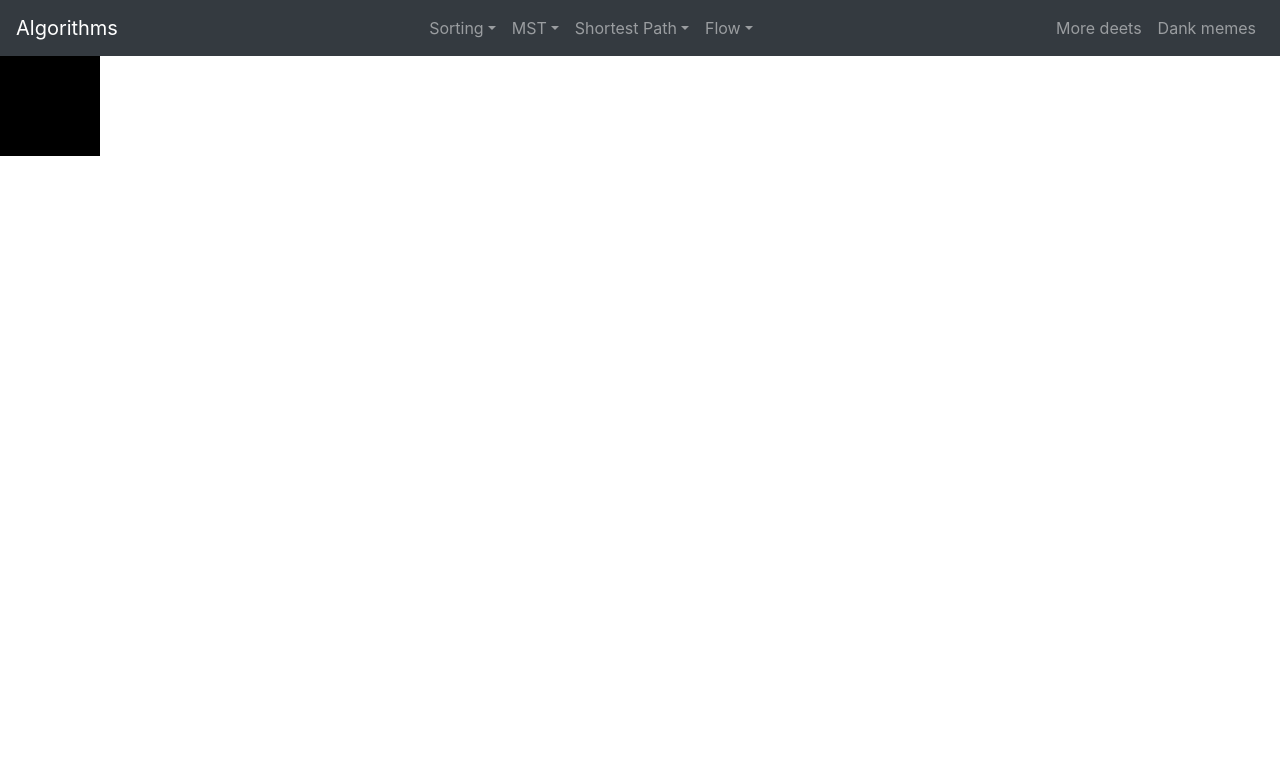
Repository: dkasima1/Algorithm-Visualizations
Page: /
These files come from the project's save history. The page is drawn as it stood at one moment and after the next save; the edit follows.
The browser window is 1280 px wide. The pictures show the whole page.
The project was rebuilt for these pictures with package versions that can differ from the ones it lists, and the page was loaded fresh each time. Also part of the build but not shown: src/components/Sorting/Bubble_Sort.js.

Above is the page before, as saved 2020-06-29 23:17:38.

### src/App.js
import React from 'react';
import { BrowserRouter as Router, Route, Switch } from 'react-router-dom';
import NavigationBar from './components/NavigationBar'
import 'bootstrap/dist/css/bootstrap.min.css';
import Bubble_Sort from "./components/Sorting/Bubble_Sort"
import BarGraph from "./components/Graph/BarGraph"

function App() {
  return (
    <React.Fragment>
      <Router>
        <NavigationBar />
        <BarGraph />
        <Switch>
          <Route path="/Sorting/Bubble_Sort" component={ Bubble_Sort } />
        </Switch>
      </Router>
    </React.Fragment>
  );
}

export default App;

### src/components/NavigationBar.js
import React from 'react';
import { Navbar, Nav, NavDropdown} from 'react-bootstrap';
import { Link } from 'react-router-dom'

function NavigationBar() {
    return (
        <div>
            <Navbar collapseOnSelect expand="lg" bg="dark" variant="dark">
                <Navbar.Brand href="#home">Algorithms</Navbar.Brand>
                <Navbar.Toggle aria-controls="responsive-navbar-nav" />
                <Navbar.Collapse id="responsive-navbar-nav">
                    <Nav className="m-auto">
                    <NavDropdown title="Sorting" id="collasible-nav-dropdown">
                        <NavDropdown.Item as={Link} to="/Sorting/Bubble_Sort">Bubble Sort</NavDropdown.Item>
                        <NavDropdown.Item  as={Link} to="/Sorting/Selection_Sort">Selection Sort</NavDropdown.Item>
                        <NavDropdown.Item  as={Link} to="/Sorting/Insertion_Sort">Insertion Sort</NavDropdown.Item>
                        <NavDropdown.Divider />
                        <NavDropdown.Item  as={Link} to="/Sorting/Merge_Sort">Merge Sort</NavDropdown.Item>
                        <NavDropdown.Item  as={Link} to="/Quick_Sort">Quick Sort</NavDropdown.Item>
                    </NavDropdown>
                    <NavDropdown title="MST" id="collasible-nav-dropdown">
                        <NavDropdown.Item  as={Link} to="/MST/Prims">Prim's Algorithm</NavDropdown.Item>
                        <NavDropdown.Item  as={Link} to="/MST/Kruskals">Kruskal's Algorithm</NavDropdown.Item>
                    </NavDropdown>
                    <NavDropdown title="Shortest Path" id="collasible-nav-dropdown">
                        <NavDropdown.Item  as={Link} to="/Shortest_Path/Dijkstra's">Dijkstra's</NavDropdown.Item>
                    </NavDropdown>
                    <NavDropdown title="Flow" id="collasible-nav-dropdown">
                        <NavDropdown.Item  as={Link} to="/Flow/Ford_Fulkurson">Ford Fulkurson</NavDropdown.Item>
                    </NavDropdown>
                    </Nav>
                    <Nav>
                    <Nav.Link href="#deets">More deets</Nav.Link>
                    <Nav.Link eventKey={2} href="#memes">
                        Dank memes
                    </Nav.Link>
                    </Nav>
                </Navbar.Collapse>
            </Navbar>
        </div>
    )
}

export default NavigationBar;

### src/components/Graph/BarGraph.js
import React from "react";

// https://philna.sh/blog/2018/09/27/techniques-for-animating-on-the-canvas-in-react/#:~:text=To%20get%20a%20ref%20to,to%20the%20ref%20you%20created.&text=Now%20you%20have%20the%20context,and%20animate%20all%20you%20like.

class Canvas extends React.Component {

    constructor(props) {
        super(props);
        this.canvasRef = React.createRef();
    }

    componentDidMount() {
        let arr = []
        while (arr.length < 20) {
            var num = Math.floor(Math.random() * 100 + 1);
            if (arr.indexOf(num) === -1) {
                arr.push(num)
            }
        }
        console.log(arr);
        const canvas = this.canvasRef.current;
        let ctx = canvas.getContext("2d");
        ctx.fillRect(0,0,100,100);
        ctx.fillStyle = "red";

    }
    render() {
        return (
            <div>
                <canvas ref={this.canvasRef} height="720" width="1080" />
            </div>
        )
    }

    // draw() {

    // }
}

export default Canvas;

Loaded but not shown: public/index.html (common file); src/index.js (common file); src/index.css (common file); src/serviceWorker.js (common file)

After the next save:
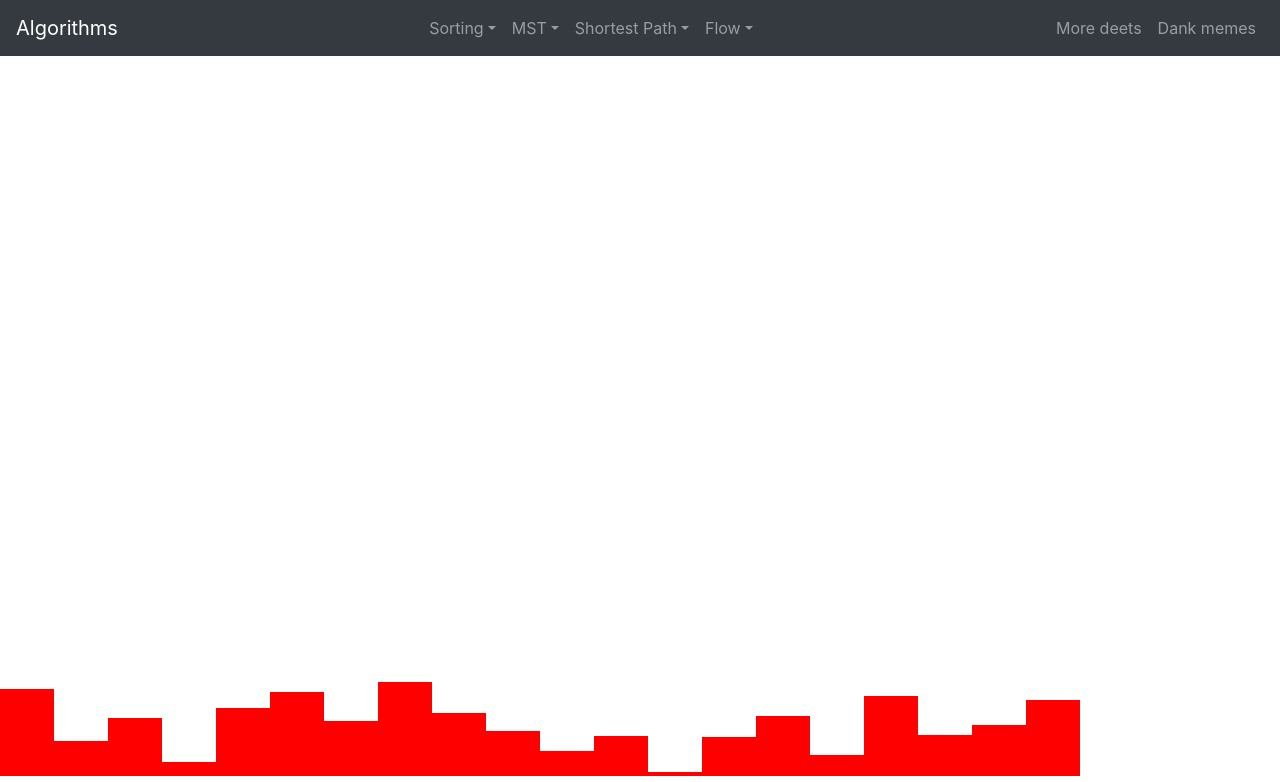
Saved 6 min 19 s later.
--- a/src/components/Graph/BarGraph.js
+++ b/src/components/Graph/BarGraph.js
@@ -10,6 +10,8 @@ class Canvas extends React.Component {
     }
 
     componentDidMount() {
+
+        // Generate an array of random numbers.
         let arr = []
         while (arr.length < 20) {
             var num = Math.floor(Math.random() * 100 + 1);
@@ -17,11 +19,21 @@ class Canvas extends React.Component {
                 arr.push(num)
             }
         }
-        console.log(arr);
+
+        // Generate bars of bargraph
         const canvas = this.canvasRef.current;
         let ctx = canvas.getContext("2d");
-        ctx.fillRect(0,0,100,100);
+
+        let width = 54;
+        let posX = 0;
+
         ctx.fillStyle = "red";
+
+        for (let i = 0; i < arr.length; i++) {
+            let height = arr[i];
+            ctx.fillRect(posX, canvas.height - height, width, height);
+            posX += 54;
+        }
 
     }
     render() {
